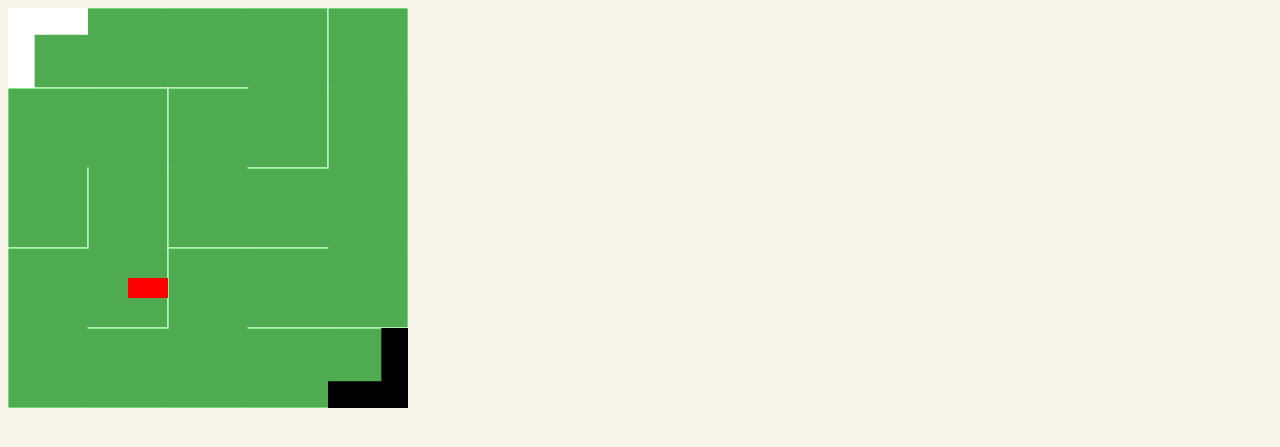
Repository: animarcus/maze-generator
Page: index.html
The author's editor kept a copy of each file at every save. The page is drawn from the files as they stood at one save, then again after the next save.
The browser window is 1280 px wide. The pictures show the whole page.
Some web libraries are served in a nearby version.

Above is the page before, as saved 2020-09-12 19:50:21.

After the next save:
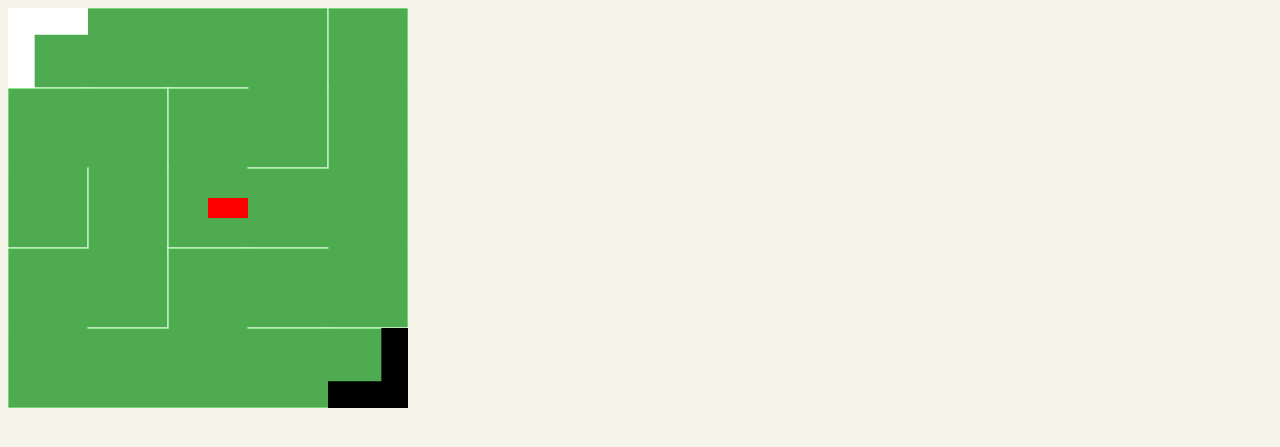
Console error: TypeError: Cannot read properties of undefined (reading 'push')
Saved 48 s later.
--- a/js/solver.js
+++ b/js/solver.js
@@ -27,6 +27,7 @@
     }
   }
   move() {
+    solvedPath.push([this.i,this.j]);
     console.log(" ");
     if (this.current.walls[solveDirection(this.direction)] ||
         (this.facing.i === undefined || this.facing.j === undefined)) {//iswallfront

After the 2 saves that followed:
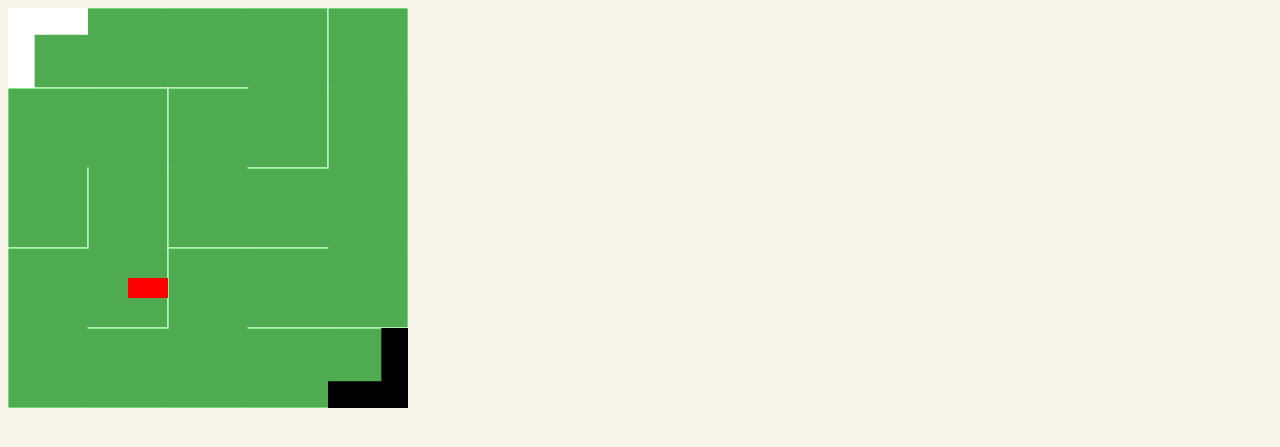
The error is gone.
The 2 saves are shown as one change because 1 left the picture as it was.
The last was saved 46 s later.
--- a/js/sketch.js
+++ b/js/sketch.js
@@ -12,7 +12,7 @@ let solveOK;
 
 let exitPoint;
 
-let solvedPath;
+let solvedPath = [];
 
 function setup() {
   createCanvas(400,400);
--- a/js/solver.js
+++ b/js/solver.js
@@ -27,7 +27,7 @@
     }
   }
   move() {
-    solvedPath.push([this.i,this.j]);
+    solvedPath.push({"i" : this.i, "j" : this.j});
     console.log(" ");
     if (this.current.walls[solveDirection(this.direction)] ||
         (this.facing.i === undefined || this.facing.j === undefined)) {//iswallfront
